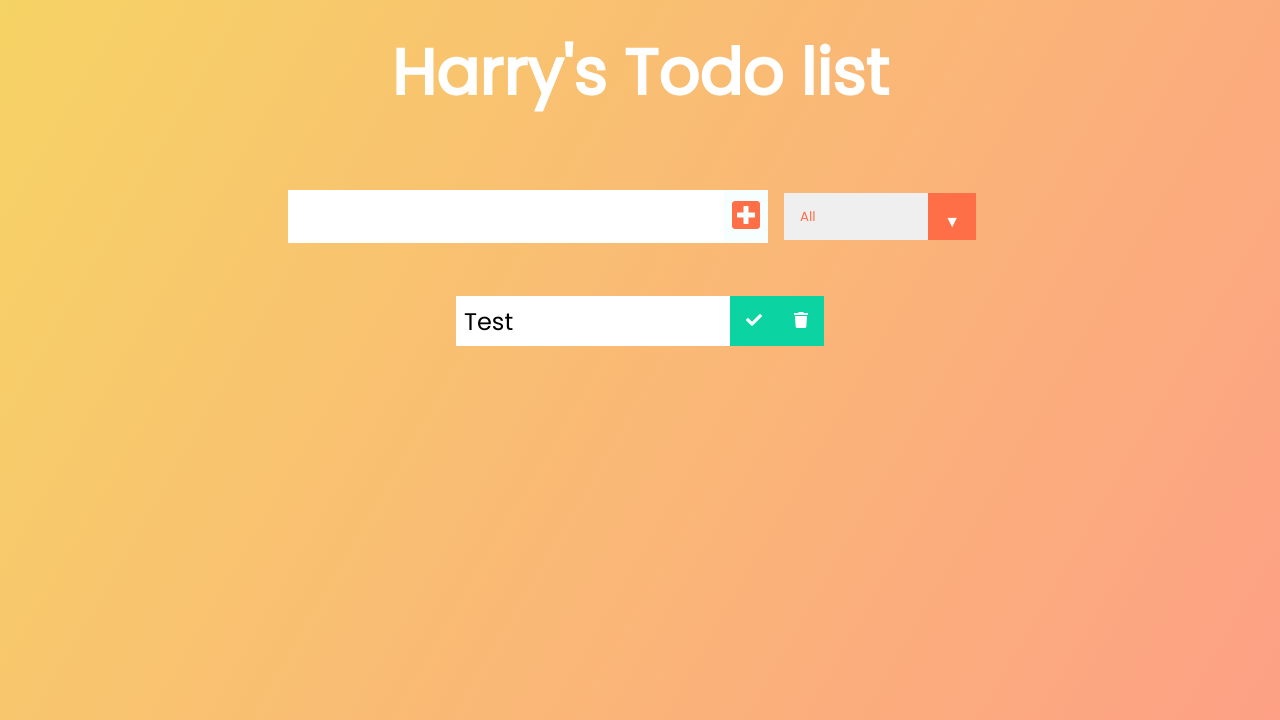
Repository: qqharry21/react-todo-app-v2
Page: /
The author's editor kept a copy of each file at every save. The page is drawn from the files as they stood at one save, then again after the next save.
The browser window is 1280 px wide. The pictures show the whole page.
Some web libraries are served in a nearby version. The project was rebuilt for these pictures with package versions that can differ from the ones it lists, and the page was loaded fresh each time.

Above is the page before, as saved 2021-12-20 00:22:47.

### public/index.html
<!-- @format -->

<!DOCTYPE html>
<html lang="en">
  <head>
    <meta charset="utf-8" />
    <link rel="icon" href="%PUBLIC_URL%/favicon.ico" />
    <meta name="viewport" content="width=device-width, initial-scale=1" />
    <meta name="theme-color" content="#000000" />
    <meta name="description" content="React simple todo app project" />
    <link rel="apple-touch-icon" href="%PUBLIC_URL%/logo192.png" />
    <!--
      manifest.json provides metadata used when your web app is installed on a
      user's mobile device or desktop. See https://developers.google.com/web/fundamentals/web-app-manifest/
    -->
    <link rel="manifest" href="%PUBLIC_URL%/manifest.json" />
    <link href="https://fonts.googleapis.com/css?family=Poppins&display=swap" rel="stylesheet" />
    <link
      rel="stylesheet"
      href="https://cdnjs.cloudflare.com/ajax/libs/font-awesome/5.12.1/css/all.min.css"
      integrity="sha256-mmgLkCYLUQbXn0B1SRqzHar6dCnv9oZFPEC1g1cwlkk="
      crossorigin="anonymous"
    />
    <!--
      Notice the use of %PUBLIC_URL% in the tags above.
      It will be replaced with the URL of the `public` folder during the build.
      Only files inside the `public` folder can be referenced from the HTML.

      Unlike "/favicon.ico" or "favicon.ico", "%PUBLIC_URL%/favicon.ico" will
      work correctly both with client-side routing and a non-root public URL.
      Learn how to configure a non-root public URL by running `npm run build`.
    -->
    <title>React todo app</title>
  </head>
  <body>
    <noscript>You need to enable JavaScript to run this app.</noscript>
    <div id="root"></div>
    <!--
      This HTML file is a template.
      If you open it directly in the browser, you will see an empty page.

      You can add webfonts, meta tags, or analytics to this file.
      The build step will place the bundled scripts into the <body> tag.

      To begin the development, run `npm start` or `yarn start`.
      To create a production bundle, use `npm run build` or `yarn build`.
    -->
  </body>
</html>

### src/index.js
/** @format */

import React from 'react';
import ReactDOM from 'react-dom';
import App from './App';

ReactDOM.render(
  <React.StrictMode>
    <App />
  </React.StrictMode>,
  document.getElementById('root')
);

### src/App.js
/** @format */
import React, { useState } from 'react';

import './App.css';
import Form from './components/Form';
import TodoList from './components/TodoList';

function App() {
  const [inputText, setInputText] = useState('');
  const [todo, setTodo] = useState([]);

  return (
    <div className='App'>
      <header>
        <h1>Harry's Todo list</h1>
      </header>
      <Form inputText={inputText} setInputText={setInputText} todo={todo} setTodo={setTodo} />
      <TodoList todo={todo} />
    </div>
  );
}

export default App;

### src/App.css
/** @format */

* {
  margin: 0;
  padding: 0;
  box-sizing: border-box;
}
body {
  background-image: linear-gradient(120deg, #f6d365 0%, #fda085 100%);
  color: white;
  font-family: 'Poppins', sans-serif;
  min-height: 100vh;
}
header {
  font-size: 2rem;
}

header,
form {
  min-height: 20vh;
  display: flex;
  justify-content: center;
  align-items: center;
}
form input,
form button {
  padding: 0.5rem;
  font-size: 2rem;
  border: none;
  background: white;
}
form button {
  color: #ff6f47;
  background: #f7fffe;
  cursor: pointer;
  transition: all 0.3s ease;
}
form button:hover {
  background: #ff6f47;
  color: white;
}
.todo-container {
  display: flex;
  justify-content: center;
  align-items: center;
}

.todo-list {
  min-width: 30%;
  list-style: none;
}

.todo {
  margin: 0.5rem;
  background: white;
  font-size: 1.5rem;
  color: black;
  display: flex;
  justify-content: space-between;
  align-items: center;
  transition: all 1s ease;
}
.filter-todo {
  padding: 1rem;
}
.todo li {
  flex: 1;
}

.trash-btn,
.complete-btn {
  background: #ff6f47;
  color: white;
  border: none;
  padding: 1rem;
  cursor: pointer;
  font-size: 1rem;
}
.complete-btn {
  background: rgb(11, 212, 162);
}
.todo-item {
  padding: 0rem 0.5rem;
}

.fa-trash,
.fa-check {
  pointer-events: none;
}

.fall {
  transform: translateY(10rem) rotateZ(20deg);
  opacity: 0;
}

.completed {
  text-decoration: line-through;
  opacity: 0.5;
}

/*CUSTOM SELECTOR */
select {
  -webkit-appearance: none;
  -moz-appearance: none;
  -ms-appearance: none;
  appearance: none;
  outline: 0;
  box-shadow: none;
  border: 0 !important;
  background-image: none;
}

/* Custom Select */
.select {
  margin: 1rem;
  position: relative;
  overflow: hidden;
}
select {
  color: #ff6f47;
  font-family: 'Poppins', sans-serif;
  cursor: pointer;
  width: 12rem;
}
/* Arrow */
.select::after {
  content: '\25BC';
  position: absolute;
  top: 0;
  right: 0;
  padding: 1rem;
  background: #ff6f47;
  cursor: pointer;
  pointer-events: none;
}
/* Transition */
/*
.select:hover::after {
  transform: scale(1.5);
}
*/

### src/components/Form.js
/** @format */

import React from 'react';

const Form = ({ inputText, setInputText, todo, setTodo }) => {
  const inputHandler = e => {
    setInputText(e.target.value);
  };

  const submitHandler = e => {
    e.preventDefault();
    setTodo(prevTodo => [
      ...prevTodo,
      {
        text: inputText,
        complete: false,
        id: Math.random() * 1000,
      },
    ]);
    setInputText('');
  };
  return (
    <form>
      <input type='text' className='todo-input' onChange={inputHandler} value={inputText} />
      <button className='todo-button' type='submit' onClick={submitHandler}>
        <i className='fas fa-plus-square'></i>
      </button>
      <div className='select'>
        <select name='todos' className='filter-todo'>
          <option value='all'>All</option>
          <option value='completed'>Completed</option>
          <option value='uncompleted'>Uncompleted</option>
        </select>
      </div>
    </form>
  );
};

export default Form;

### src/components/TodoList.js
/** @format */

import React from 'react';
import Todo from './Todo';
const TodoList = ({ todo }) => {
  return (
    <div className='todo-container'>
      <ul className='todo-list'>
        <Todo />
      </ul>
    </div>
  );
};

export default TodoList;

### src/components/Todo.js
/** @format */

import React from 'react';

const Todo = () => {
  return (
    <div className='todo'>
      <li className='todo-item'>Test</li>
      <button className='complete-btn'>
        <i className='fas fa-check'></i>
      </button>
      <button className='complete-btn'>
        <i className='fas fa-trash'></i>
      </button>
    </div>
  );
};

export default Todo;

After the next save:
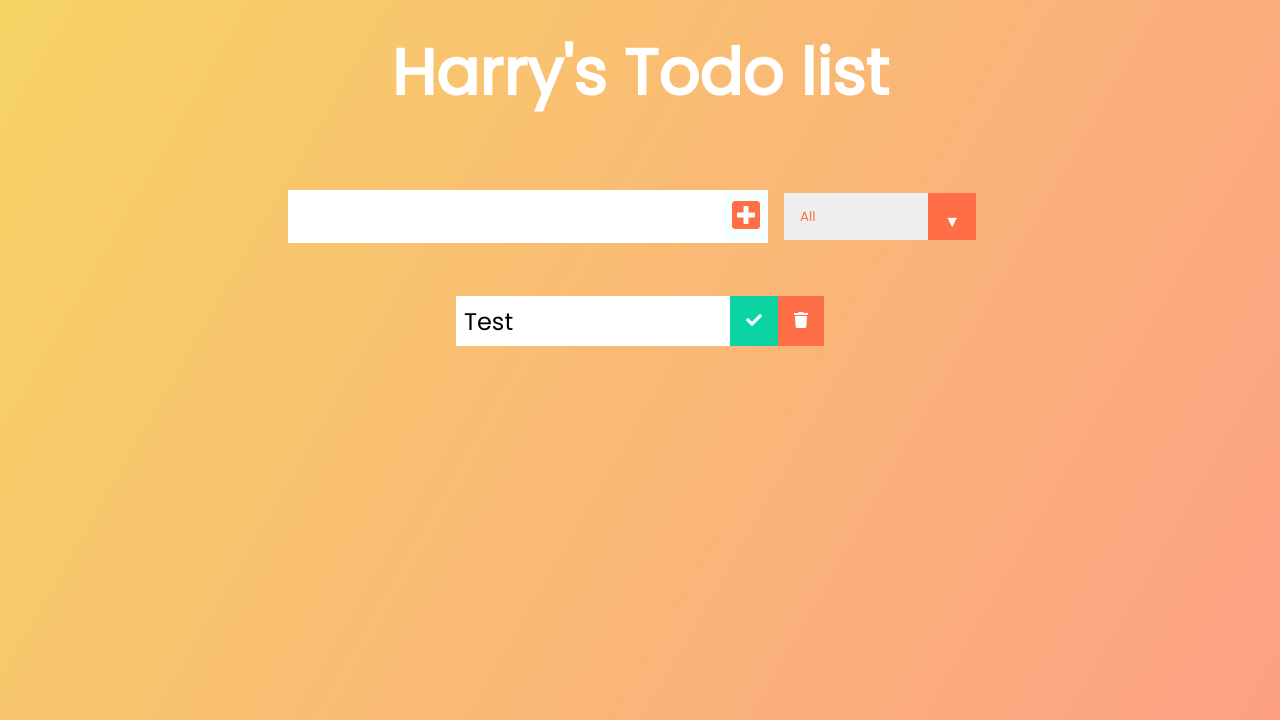
Saved 27 s later.
--- a/src/components/Todo.js
+++ b/src/components/Todo.js
@@ -9,7 +9,7 @@ const Todo = () => {
       <button className='complete-btn'>
         <i className='fas fa-check'></i>
       </button>
-      <button className='complete-btn'>
+      <button className='trash-btn'>
         <i className='fas fa-trash'></i>
       </button>
     </div>
